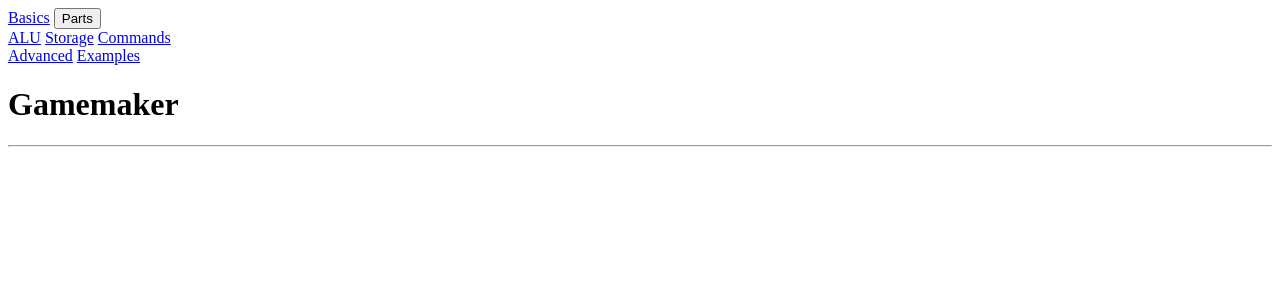
Repository: Max-Rohrhirsch/Max-Rohrhirsch.github.io
Page: documentation/special/game.html
These files come from the project's save history. The page is drawn as it stood at one moment and after the next save; the edit follows.
The browser window is 1280 px wide. The pictures show the whole page.

Above is the page before, as saved 2023-10-06 23:51:06.

### documentation/special/game.html
<script src="/jquery.js"></script>
<div id="includeHeader"></div>

        <!-- ------ SIDE NAVIGATION BAR ----- -->
        <div class="sidenav">
            <a href="/documentation/special/game/game.html">Basics</a>
            <button class="dropdown-btn">Parts
                <i class="fa fa-caret-down"></i>
            </button>
            <div class="dropdown-container">
                <a href="/documentation/special/game/simple.html">ALU</a>
                <a href="/documentation/special/game/remote.html">Storage</a>
                <a href="/documentation/special/game/uhr.html">Commands</a>
            </div>
            <a href="/documentation/special/game/advanced.html">Advanced</a>
            <a href="/documentation/special/game/examples.html">Examples</a>
        </div>



        <!-- ------ MAIN CONTENT ----- -->
        <div class="main">
            <h1>Gamemaker</h1>
            <hr><br>

<div id="includeFooter"></div>

Loaded but not shown: jquery.js (library)

After the next save:
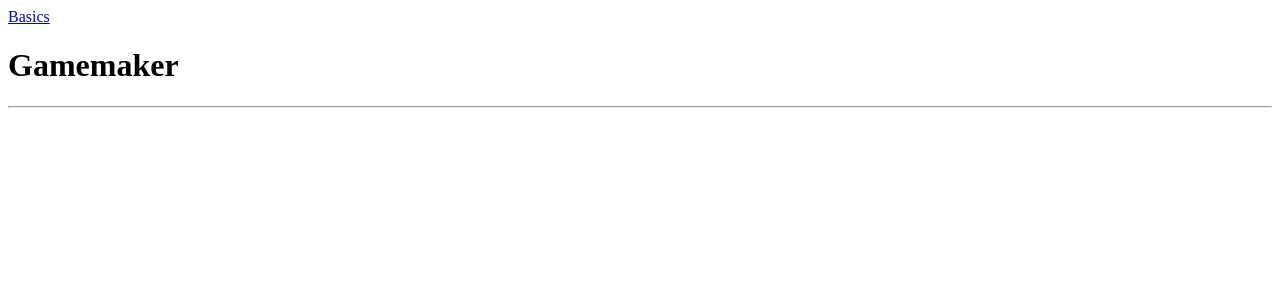
Saved 14 s later.
--- a/documentation/special/game.html
+++ b/documentation/special/game.html
@@ -3,17 +3,7 @@
 
         <!-- ------ SIDE NAVIGATION BAR ----- -->
         <div class="sidenav">
-            <a href="/documentation/special/game/game.html">Basics</a>
-            <button class="dropdown-btn">Parts
-                <i class="fa fa-caret-down"></i>
-            </button>
-            <div class="dropdown-container">
-                <a href="/documentation/special/game/simple.html">ALU</a>
-                <a href="/documentation/special/game/remote.html">Storage</a>
-                <a href="/documentation/special/game/uhr.html">Commands</a>
-            </div>
-            <a href="/documentation/special/game/advanced.html">Advanced</a>
-            <a href="/documentation/special/game/examples.html">Examples</a>
+            <a href="/documentation/special/game.html">Basics</a>
         </div>
 
 
